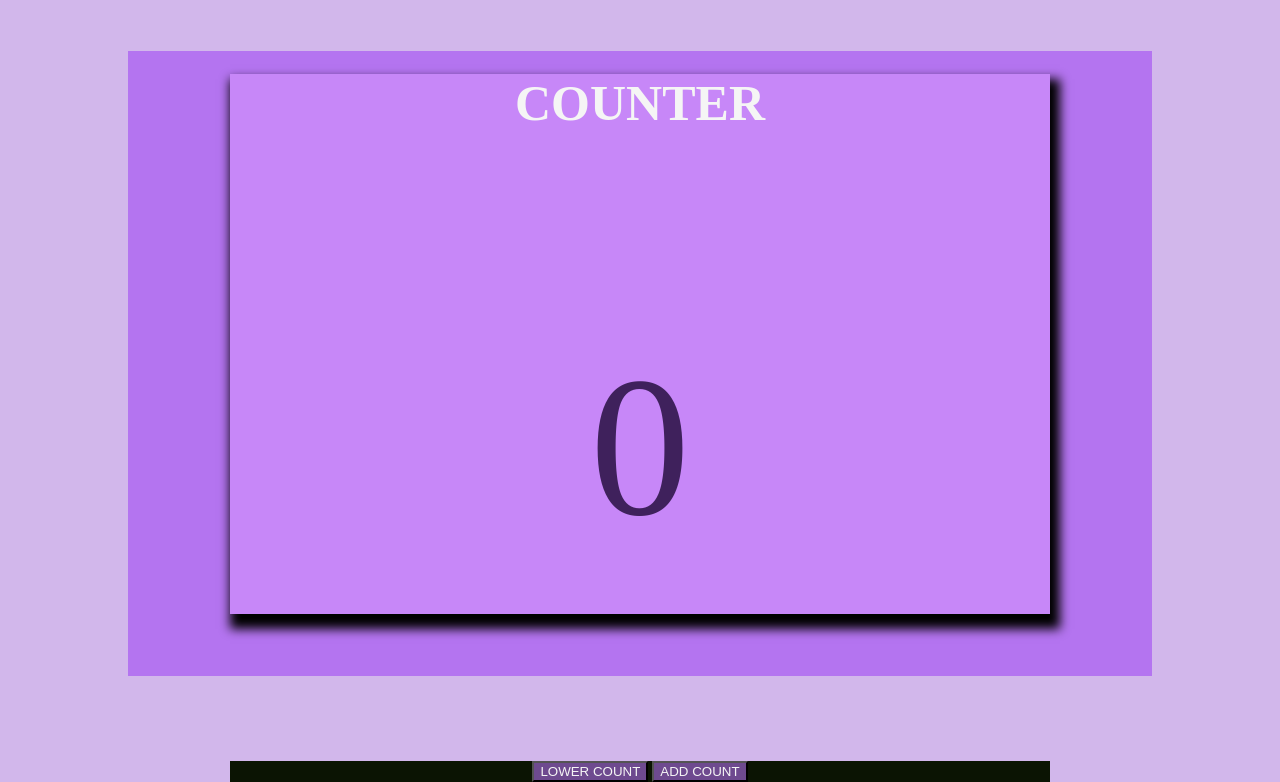
Repository: AnahitKhechumyan/Counter
Page: index.html
The author's editor kept a copy of each file at every save. The page is drawn from the files as they stood at one save, then again after the next save.
The browser window is 1280 px wide. The pictures show the whole page.

Above is the page before, as saved 2022-02-14 20:48:27.
Console error: TypeError: Cannot set properties of null (setting 'innerHTML')

After the next save:
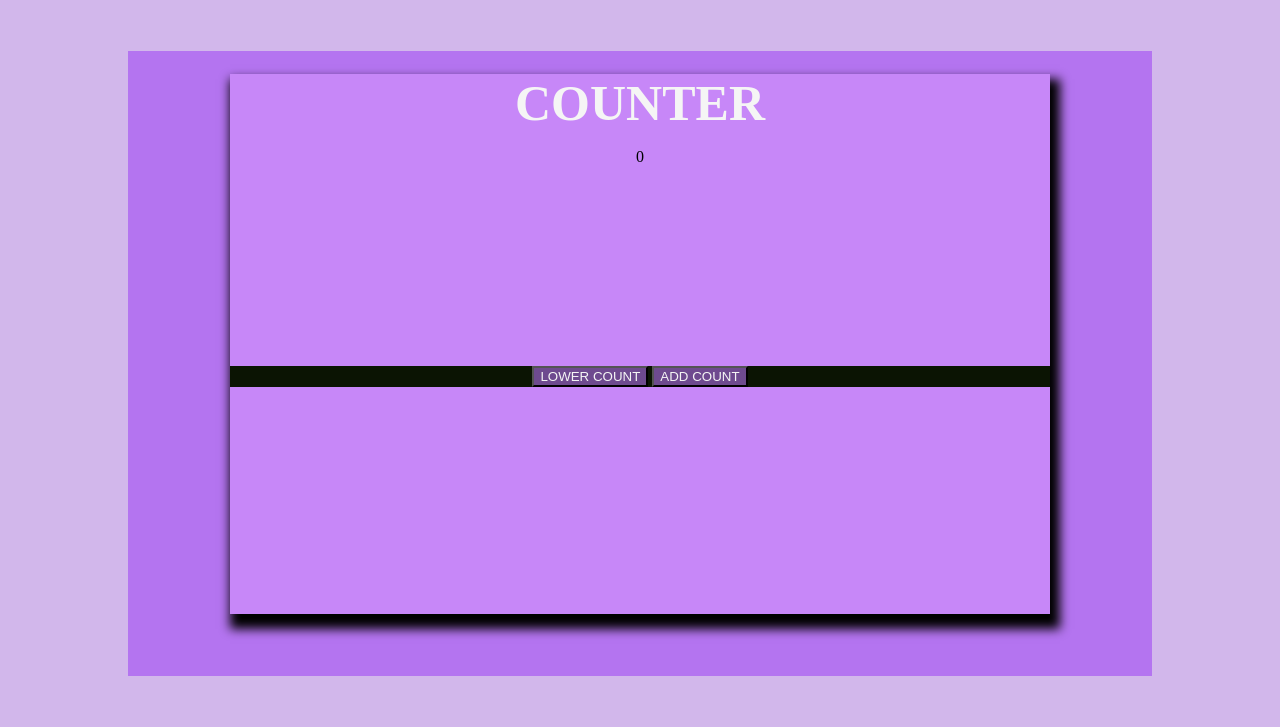
Saved 2 min 1 s later.
--- a/index.html
+++ b/index.html
@@ -12,7 +12,7 @@
     <div class="container">
         <div class="main">
             <div class="header">COUNTER</div>
-            <p class= "counter">0</p>
+            <p class= "counterElem">0</p>
             <div class = "change">
                  <button class ="decrement" type="button">LOWER COUNT</button>
                  <button class ="increment" type="button">ADD COUNT</button>

After the save that followed:
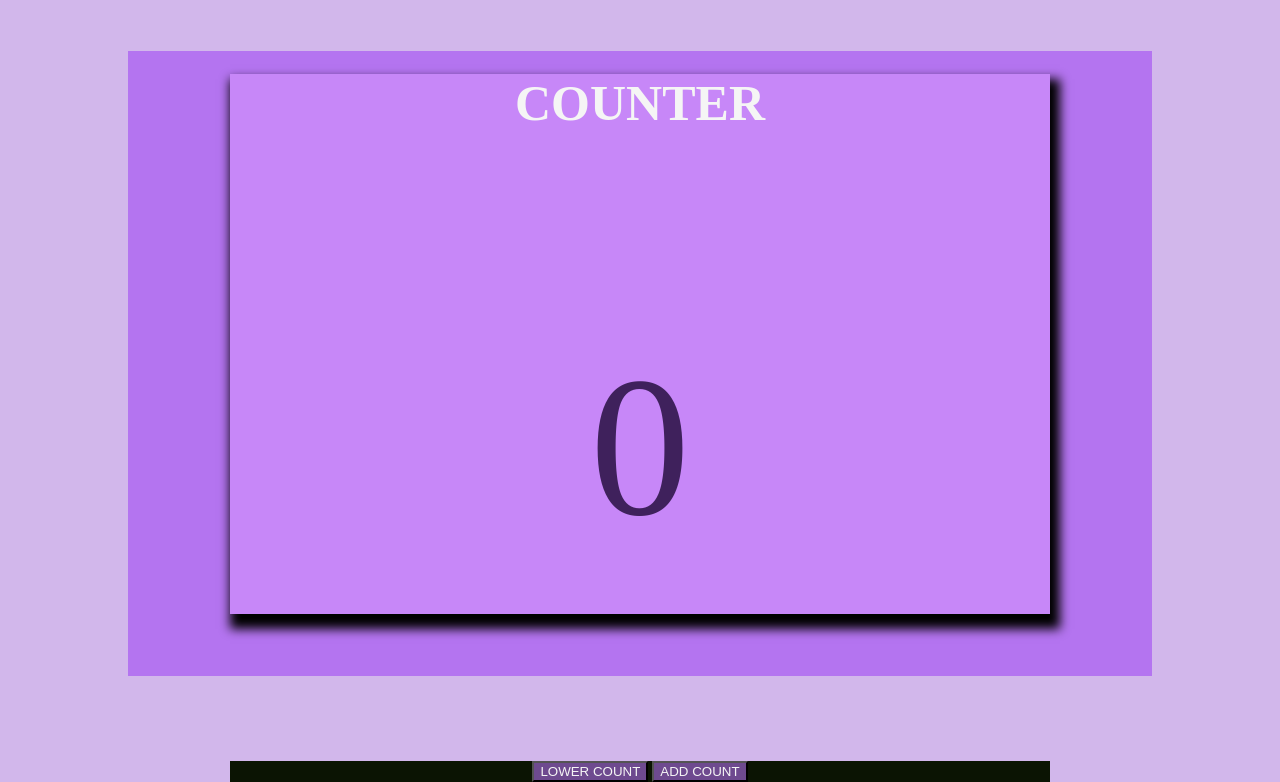
Saved 2 min 12 s later.
--- a/index.html
+++ b/index.html
@@ -12,7 +12,7 @@
     <div class="container">
         <div class="main">
             <div class="header">COUNTER</div>
-            <p class= "counterElem">0</p>
+            <p class= "counter">0</p>
             <div class = "change">
                  <button class ="decrement" type="button">LOWER COUNT</button>
                  <button class ="increment" type="button">ADD COUNT</button>
